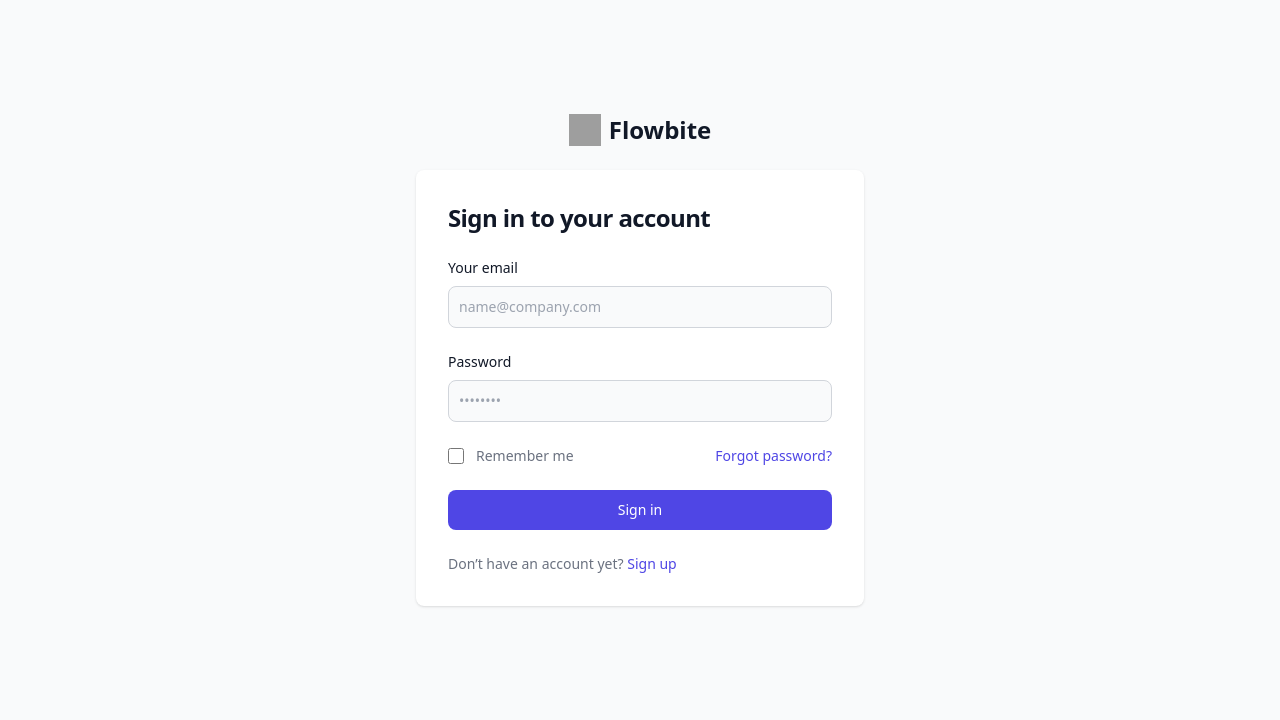
Repository: Narain-Singaram/Coreverse-SMP-Project
Page: http://localhost/account/login.php
An editor plug-in stored every save of this project. The page is shown before and after a run of saves, followed by the edit.
The browser window is 1280 px wide. The pictures show the whole page.
Pictures or frames that could not be fetched are drawn as grey boxes. Some web libraries are served in a nearby version. The page is run by PHP 8.4 with error messages shown; the project is at /var/www/html/.

Above is the page before, as saved 2022-11-05 23:20:44.

### account/login.php
    <section class="bg-gray-50">
    <div class="flex flex-col items-center justify-center px-6 py-8 mx-auto md:h-screen lg:py-0">
        <a href="#" class="flex items-center mb-6 text-2xl font-semibold text-gray-900">
            <img class="w-8 h-8 mr-2" src="https://flowbite.s3.amazonaws.com/blocks/marketing-ui/logo.svg" alt="logo">
            Flowbite
        </a>
        <div class="w-full bg-white rounded-lg shadow md:mt-0 sm:max-w-md xl:p-0">
            <div class="p-6 space-y-4 md:space-y-6 sm:p-8">
                <h1 class="text-xl font-bold leading-tight tracking-tight text-gray-900 md:text-2xl">
                    Sign in to your account
                </h1>
                <form class="space-y-4 md:space-y-6" action="#">
                    <div>
                        <label for="email" class="block mb-2 text-sm font-medium text-gray-900">Your email</label>
                        <input type="email" name="email" id="email" class="bg-gray-50 border border-gray-300 text-gray-900 sm:text-sm rounded-lg focus:ring-indigo-600 focus:border-indigo-600 block w-full p-2.5" placeholder="name@company.com" required="">
                    </div>
                    <div>
                        <label for="password" class="block mb-2 text-sm font-medium text-gray-900">Password</label>
                        <input type="password" name="password" id="password" placeholder="••••••••" class="bg-gray-50 border border-gray-300 text-gray-900 sm:text-sm rounded-lg focus:ring-indigo-600 focus:border-indigo-600 block w-full p-2.5" required="">
                    </div>
                    <div class="flex items-center justify-between">
                        <div class="flex items-start">
                            <div class="flex items-center h-5">
                                <input id="remember" aria-describedby="remember" type="checkbox" class="w-4 h-4 border border-gray-300 rounded bg-gray-50 focus:ring-3 focus:ring-indigo-300" required="">
                            </div>
                            <div class="ml-3 text-sm">
                                <label for="remember" class="text-gray-500">Remember me</label>
                            </div>
                        </div>
                        <a href="#" class="text-sm font-medium text-indigo-600 hover:underline">Forgot password?</a>
                    </div>
                    <button type="submit" class="w-full text-white bg-indigo-600 hover:bg-indigo-700 focus:ring-4 focus:outline-none focus:ring-indigo-300 font-medium rounded-lg text-sm px-5 py-2.5 text-center">Sign in</button>
                    <p class="text-sm font-light text-gray-500">
                        Don’t have an account yet? <a href="#" class="font-medium text-indigo-600 hover:underline">Sign up</a>
                    </p>
                </form>
            </div>
        </div>
    </div>
    </section>

<script src="https://cdn.tailwindcss.com"></script>

After the next 2 saves:
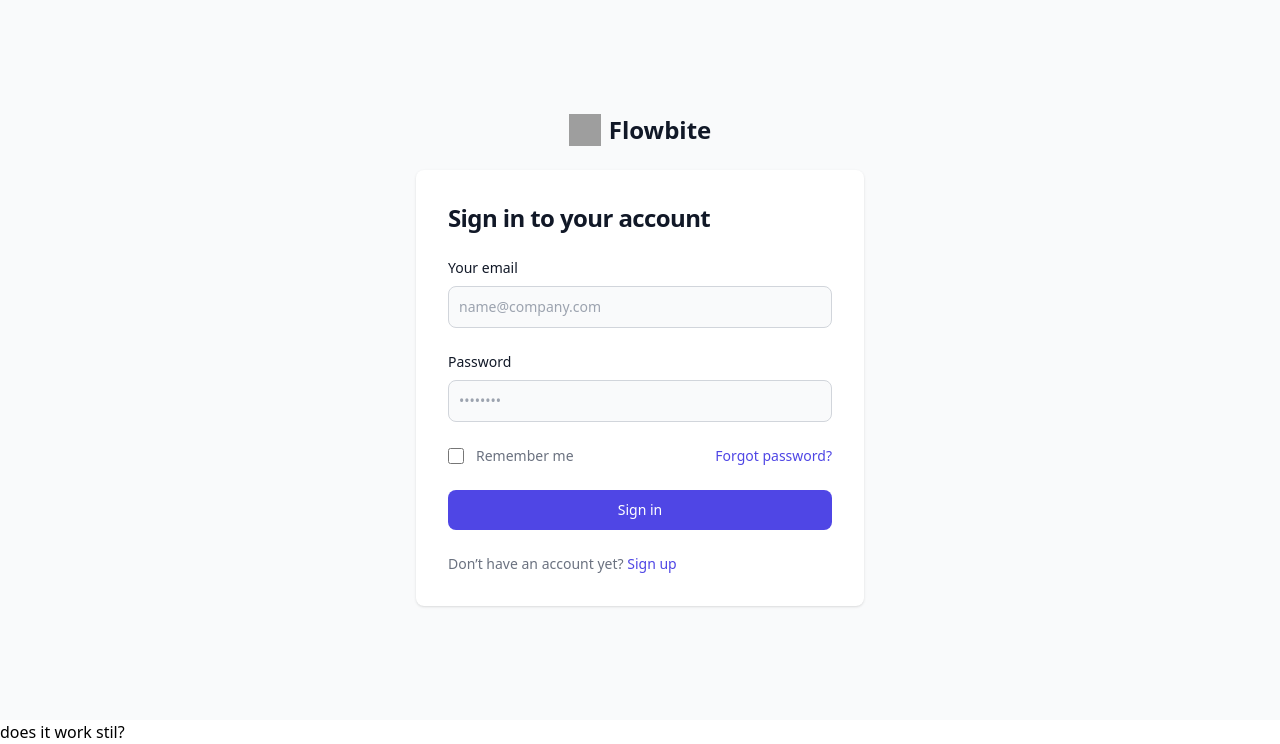
The 2 saves are shown as one change because they came seconds apart.
The last was saved 19 min 10 s later.
--- a/account/login.php
+++ b/account/login.php
@@ -39,4 +39,8 @@
     </div>
     </section>
 
+    <?php
+    echo 'does it work stil?';
+    ?>
+
 <script src="https://cdn.tailwindcss.com"></script>
